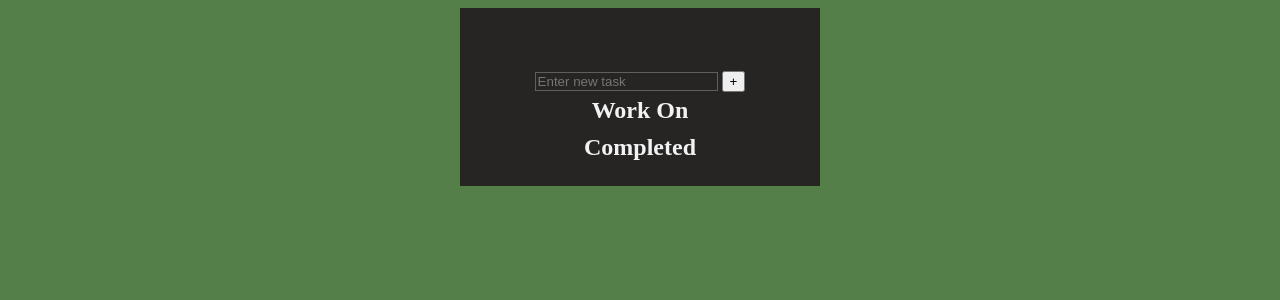
Repository: Kayla-amr/dgm_3760
Page: todoTemplate-W2/index.html
The author's editor kept a copy of each file at every save. The page is drawn from the files as they stood at one save, then again after a run of saves.
The browser window is 1280 px wide. The pictures show the whole page.

Above is the page before, as saved 2022-10-17 17:22:26.
Console error: SyntaxError: Unexpected identifier 'todoTaskUl'

### todoTemplate-W2/index.html
<!DOCTYPE html>
<html lang="en">

<head>
    <meta charset="UTF-8">
    <meta http-equiv="X-UA-Compatible" content="IE=edge">
    <meta name="viewport" content="width=device-width, initial-scale=1.0">
    <link rel="stylesheet" href="styles.css">
    <title>Basic Todo App</title>
</head>

<body>
    <main>
        <div class="taskForm">
            <h1 class="formTitle"></h1>
            <div>
                <input class="userInput" type="text" placeholder="Enter new task">
                <button class="addTask">+</button>
            </div>
            <h2>Work On</h2>
            <ul class='todoTasks'>
            </ul>
            <h2>Completed</h2>
            <ul class='completedTasks'>
            </ul>
    </main>

    </div>
</body>
<script src="/todoTemplate-W2/index.js"></script>

</html>

### todoTemplate-W2/styles.css
body{
    background-color: #557f49;
    color: #f2f2f2;
}
main{
    display: flex;
    justify-content: center;
}
h2{
    margin: 0;
    padding: 5px;
}
.taskForm{
    background-color: #262524;
    padding: 20px;
    width: 20rem;
    display: flex;
    flex-direction: column;
    align-items: center;
}

.todoTasks{
    margin: 0;
    padding: 0;
}
.completedTasks{
    margin: 0;
    padding: 0;
}
.userInput{
    background-color: #eaaf1900;
    border: 1px solid #808080a1;
    color: #f2f2f2;
}

### todoTemplate-W2/index.js
let myList = [
	{
		id: 0,
		name: 'Choose photography theme',
		category: 'Homework',
		due_date: 'Tomorrow',
		status: false
	},
	{
		id: 1,
		name: 'Organize music',
		category: 'Chores',
		due_date: 'Wednesday',
		status: true
	}
];

//app title
document.querySelector('.formTitle').innerText = 'Basic App Form';

//view todods


function displayTodos(todos) {
	//clear out any tasks (li elements) that are in the UL
	todoTaskUl.innerHTML = '';

	//for each todo in the array, add it to the container UL
	todos.forEach(function(myTask) {
    if
		todoTaskUl.innerHTML += `<li data-todoId='${myTask.id}'> ${myTask.name} </li>`;
	});
}

//add todos

//store element object for the add task button
const addBtn = document.querySelector('.addTask')

addBtn.addEventListener('click', (event) => {
	addTask()
})

function addTask(){
  let userInput = document.querySelector('.userInput').value;
  const newTodoObj = {
	id: myList.length + 1,
	name: userInput,
	category: null,
	due_date: null,
	status: false
}

  myList.push(newTodoObj);

  displayTodos(myList)
}

// create a function to complete todos
function completeTask(){
	// function will take 1 parameter (input) an id of the todo to complete
	// find the todo to complete and then change the value of status in the todo object
		//use the .findIndex method to get the index
		//then edit the object directly using bracket notation
		//IE: myList[todoIDX].status
}


//create a function to delete todos
function deleteTask(){
	//much the same as the complete todo function
	//instead of editing the object, you will need to remove it from the array
}


//for complete and delete event listeners you will need to listen for events on the UL

//get a reference to the task container UL
const todoTaskUl = document.querySelector('.todoTasks');
const completedTaskUL = document.querySelector('.completedTasks');

todoTaskUl.addEventListener('click', (event) => {
	//get the id of the todo that the user clicked on.
	console.log(event.target.dataset.todoid)

	const clickedTodoId = event.target.dataset.todoid

	const todoIdx = myList.findIndex((todo) => todo.id == clickedTodoId)

	console.log(todoIdx)
	//flip the status value
	myList[todoIdx].status = !myList[todoIdx].status

	console.log(myList)

	displayTodos(myList)
})


//on page load, show the todos
displayTodos(myList)

After the next 3 saves:
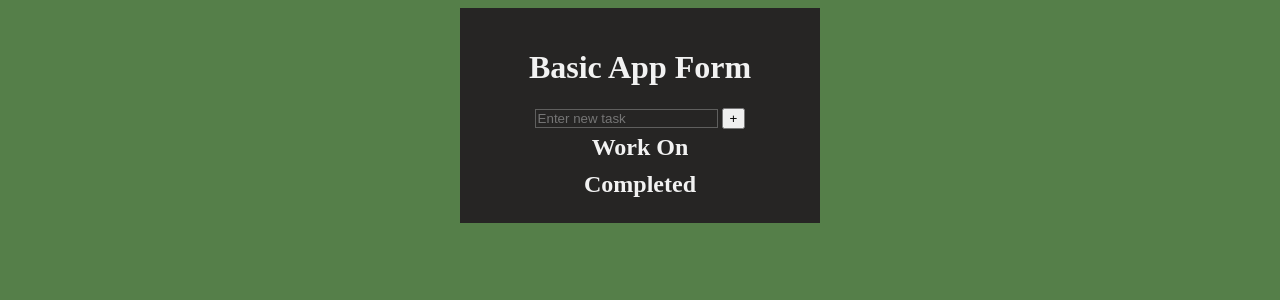
Console error: ReferenceError: condition is not defined
The 3 saves are shown as one change because they came seconds apart.
The last was saved 10 s later.
--- a/todoTemplate-W2/index.js
+++ b/todoTemplate-W2/index.js
@@ -27,7 +27,11 @@
 
 	//for each todo in the array, add it to the container UL
 	todos.forEach(function(myTask) {
-    if
+    if (condition) {
+
+    } else {
+
+    }
 		todoTaskUl.innerHTML += `<li data-todoId='${myTask.id}'> ${myTask.name} </li>`;
 	});
 }

After the 2 saves that followed:
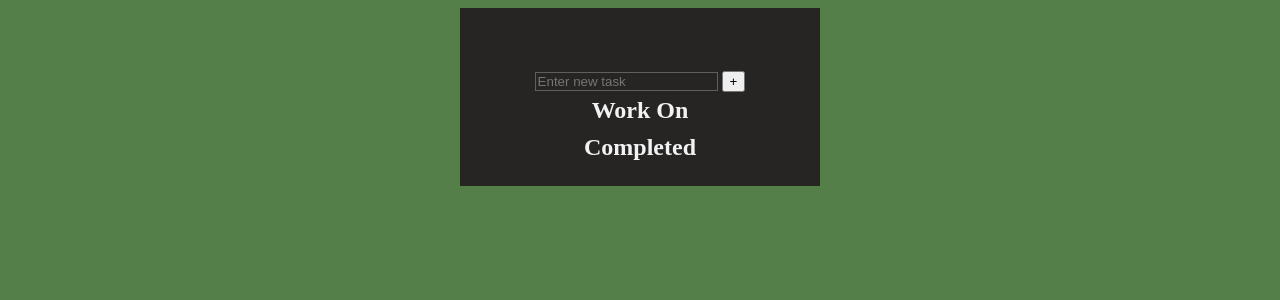
Console error: SyntaxError: Unexpected token ')'
The 2 saves are shown as one change because they came seconds apart.
The last was saved 15 s later.
--- a/todoTemplate-W2/index.js
+++ b/todoTemplate-W2/index.js
@@ -27,7 +27,7 @@
 
 	//for each todo in the array, add it to the container UL
 	todos.forEach(function(myTask) {
-    if (condition) {
+    if (myTask.) {
 
     } else {
 
